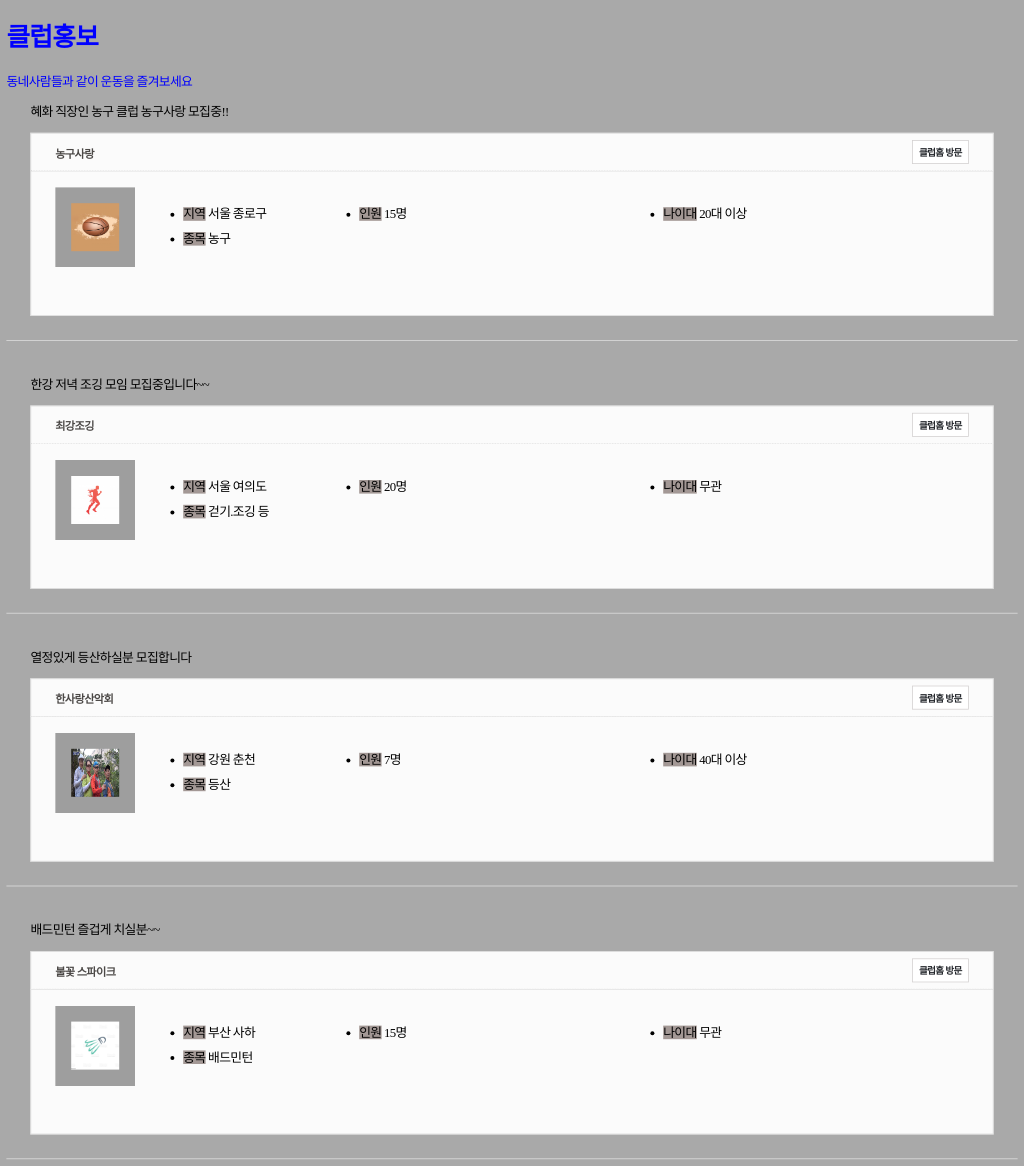
Repository: jaemin333/study
Page: club.html
These files come from the project's save history. The page is drawn as it stood at one moment and after the next save; the edit follows.
The browser window is 1280 px wide. The pictures show the whole page, at 80% of full size.
Pictures or frames that could not be fetched are drawn as grey boxes.

Above is the page before, as saved 2021-07-02 21:59:03.

### club.html
<!DOCTYPE html>
<html lang="ko">
<head>
    <meta charset="UTF-8">
    <meta http-equiv="X-UA-Compatible" content="IE=edge">
    <meta name="viewport" content="width=device-width, initial-scale=1.0">
    <link rel ="stylesheet" type = "text/css" href = "style.css">
    <title>club</title>
</head>
<body>
    <div class="title">
        <h1 class="h1">클럽홍보</h1>
        <span class = "sentence">동네사람들과 같이 운동을 즐겨보세요</span>
    </div>

    <div class = "clubList">
    <div class = "clubBox">
        <p class = "clubTip">
            <a>혜화 직장인 농구 클럽 농구사랑 모집중!!</a>
        </p>
    <div class ="cbClubName">
        <a>농구사랑</a>
        <a class ="iButton">클럽홈 방문</a>
    </div>

    <div class ="cbInfo">
        <div class="cbMark">
            <span class="clubmark">
                <img src = "bask.png" width="60" height=60">
        </div>
    <ul>
        <li>
            <span class = "info dark">지역</span>
             서울 종로구
        </li>
        <li style = "width:380px;">
            <span class = "info dark">인원</span>
             15명
        </li>
        <li style = "width:380px;">
            <span class = "info dark">나이대</span>
             20대 이상
        </li>
        <li style = "width:380px;">
            <span class = "info dark">종목</span>
             농구
        </li>
    </ul>
    </div>
    </div>
    </div>

    <div class = "clubList">
        <div class = "clubBox">
            <p class = "clubTip">
                <a>한강 저녁 조깅 모임 모집중입니다~~</a>
            </p>
        <div class ="cbClubName">
            <a>최강조깅</a>
            <a class ="iButton">클럽홈 방문</a>
        </div>

        <div class ="cbInfo">
            <div class="cbMark">
                <span class="clubmark">
                    <img src = "run.jpg" width="60" height="60">
            </div>
        <ul>
            <li>
                <span class = "info dark">지역</span>
                 서울 여의도
            </li>
            <li style = "width:380px;">
                <span class = "info dark">인원</span>
                 20명
            </li>
            <li style = "width:380px;">
                <span class = "info dark">나이대</span>
                 무관
            </li>
            <li style = "width:380px;">
                <span class = "info dark">종목</span>
                 걷기.조깅 등
            </li>
        </ul>
        </div>
        </div>
        </div>

        <div class = "clubList">
            <div class = "clubBox">
                <p class = "clubTip">
                    <a>열정있게 등산하실분 모집합니다</a>
                </p>
            <div class ="cbClubName">
                <a>한사랑산악회</a>
                <a class ="iButton">클럽홈 방문</a>
            </div>

            <div class ="cbInfo">
                <div class="cbMark">
                    <span class="clubmark">
                        <img src = "hike.png" width="60" height="60">
                </div>
            <ul>
                <li>
                    <span class = "info dark">지역</span>
                     강원 춘천
                </li>
                <li style = "width:380px;">
                    <span class = "info dark">인원</span>
                     7명
                </li>
                <li style = "width:380px;">
                    <span class = "info dark">나이대</span>
                     40대 이상
                </li>
                <li style = "width:380px;">
                    <span class = "info dark">종목</span>
                     등산
                </li>
            </ul>
            </div>
            </div>
            </div>


            <div class = "clubList">
                <div class = "clubBox">
                    <p class = "clubTip">
                        <a>배드민턴 즐겁게 치실분~~</a>
                    </p>
                <div class ="cbClubName">
                    <a>불꽃 스파이크</a>
                    <a class ="iButton">클럽홈 방문</a>
                </div>

                <div class ="cbInfo">
                    <div class="cbMark">
                        <span class="clubmark">
                            <img src = "badminton.jpg" width="60" height="60">
                    </div>
                <ul>
                    <li>
                        <span class = "info dark">지역</span>
                         부산 사하
                    </li>
                    <li style = "width:380px;">
                        <span class = "info dark">인원</span>
                         15명
                    </li>
                    <li style = "width:380px;">
                        <span class = "info dark">나이대</span>
                         무관
                    </li>
                    <li style = "width:380px;">
                        <span class = "info dark">종목</span>
                         배드민턴
                    </li>
                </ul>
                </div>
                </div>
                </div>








</body>
</html>

### style.css
div {
    display:block;
}



body {
    background-color: darkgray;
    word-break: break-all;
    -ms-word-break: break-all;
    letter-spacing: -0.050em;
}


.clubBox{
    position: relative;
    padding: 25px 30px 30px 30px;
    border-bottom: 1px solid #dddddd;
}


ul{
    display: block;
    margin-block-start: 1em;
    margin-block-end: 1em;
    margin-inline-start: 0px;
    margin-inline-end: 0px;
    padding-inline-start: 40px;
}

.clubBox li .info.dark{
    background-color: #a39895;
}

.iButton {
    display: inline-block;
    height: 18px;
    padding: 5px 8px;
    font-size: 12px;
    font-weight: bold;
    color: #24272c;
    text-align: center;
    background-color: white;
    border: 1px solid #d4d1d1;
}

.clubBox .iButton {
    position: absolute;
    top: 8px;
    right: 30px;
}

li {
    display: list-item;
    text-align: -webkit-match-parent;
}

.clubBox .cbInfo li {
    float: left;
    width: 220px;
    margin: 4px 0 3px 0;
    font-size: 16px;
    color: black;
}

.cbClubName {
    padding-bottom: 10px;
}

.clubBox .cbInfo {
    position: relative;
    padding: 20px;
    padding-left: 150px;
    border: 1px solid #dadada;
    border-top: 0;
    background-color: #fbfbfb;
    height:140px;
}

.clubBox .clubTit {
    margin-bottom: 15px;
    font-size: 16px;
    font-weight: bold;
    color: black;
}

p {
    display: block;
    margin-block-start: 1em;
    margin-block-end: 1em;
    margin-inline-start: 0px;
    margin-inline-end: 0px;
}

.clubBox .cbClubName {
    position: relative;
    padding: 14px 30px 12px 30px;
    font-size: 14px;
    font-weight: bold;
    color: #4b4846;
    border: 1px solid #dadada;
    border-bottom: 1px dotted #dddddd;
    background-color: #fbfbfb;
}

.clubBox .cbMark {
    position: absolute;
    top: 20px;
    left: 30px;
    background: url(https://img.sa.nexon.com/assets/clan/clamark_bg.jpg) no-repeat;
    width: 60px;
    height: 60px;
    padding: 20px 20px;
}

.clubTip a {
    color: black;
    text-decoration: none;
}

.title {
    position: relative;
    height: 39px;
    margin: 0 0 25px 0;
    font-size: 16px;
    color: blue;
}

After the next save:
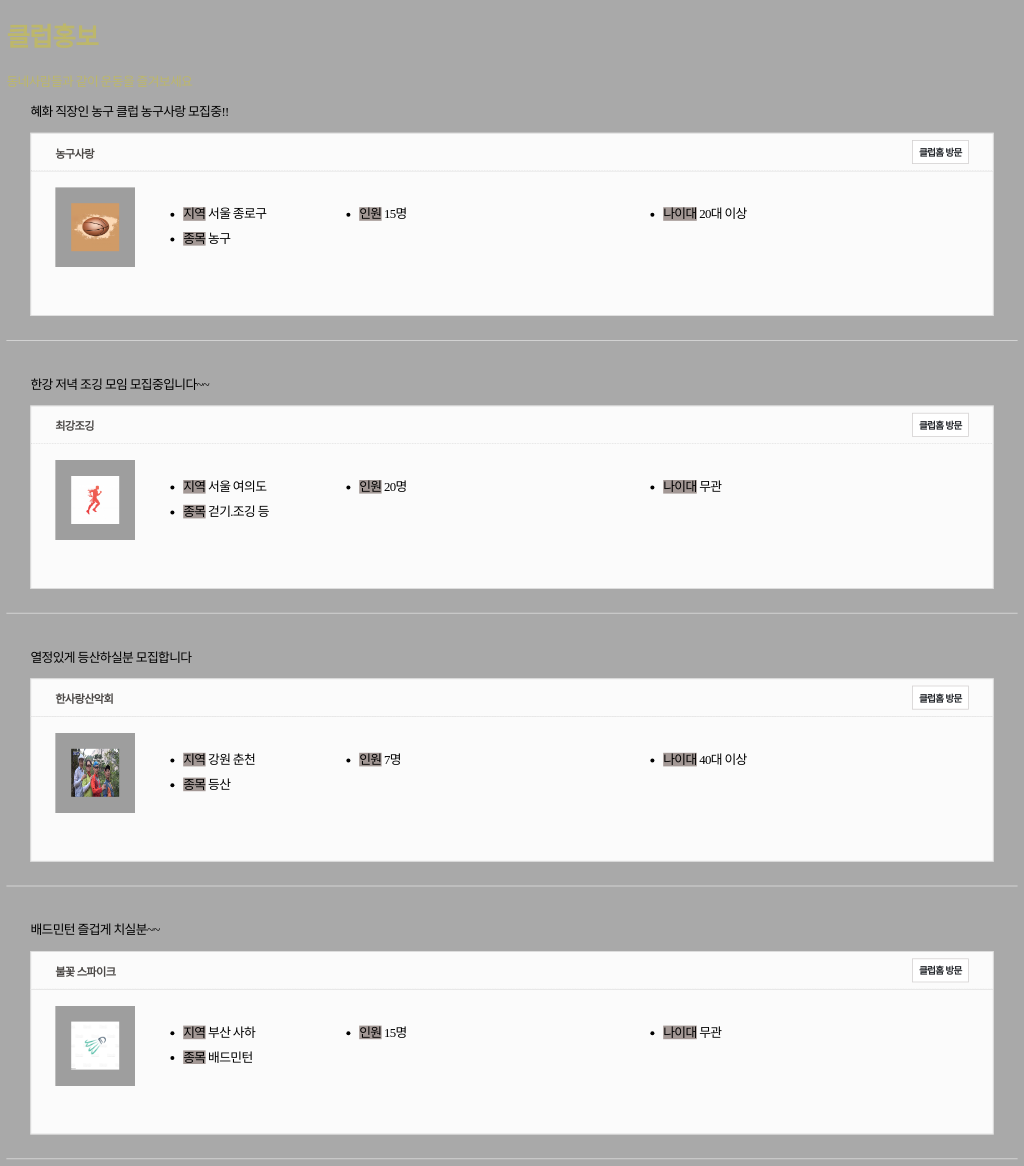
Saved 2 min 21 s later.
--- a/style.css
+++ b/style.css
@@ -123,5 +123,5 @@ p {
     height: 39px;
     margin: 0 0 25px 0;
     font-size: 16px;
-    color: blue;
+    color: darkkhaki;
 }
